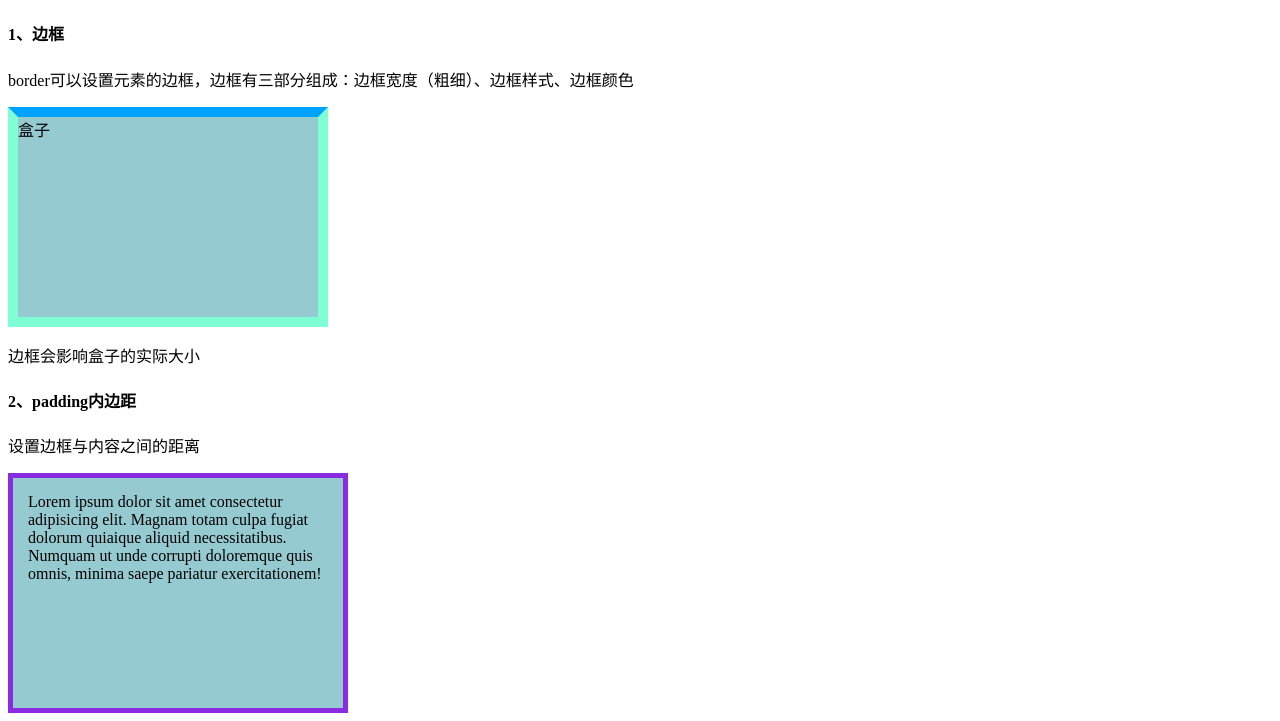
Repository: zhengdeya/web-based
Page: 27-盒子模型.html
An editor plug-in stored every save of this project. The page is shown before and after the next save, followed by the edit.
The browser window is 1280 px wide. The pictures show the whole page.

Above is the page before, as saved 2021-04-09 16:16:45.

### 27-盒子模型.html
<!DOCTYPE html>
<html lang="en">

<head>
    <meta charset="UTF-8">
    <meta http-equiv="X-UA-Compatible" content="IE=edge">
    <meta name="viewport" content="width=device-width, initial-scale=1.0">
    <title>盒子模型</title>
    <style>
        .box {
            width: 300px;
            height: 200px;
            background-color: rgb(150, 202, 209);
        }

        .border1 {
            /* 边框粗细 一般用 px 做单位*/
            border-width: 10px;

            /* 实线边框 dashed 为虚线 */
            border-style: solid;
            /* border-style: dashed; */

            /* 边框颜色 */
            border-color: aquamarine;

            /* 复合写法，没有顺序 */
            /* border: 1px solid red; */

            /* 单独制定某条边框 */
            border-top-color: rgb(0, 162, 255);
        }

        .border2 {
            border: 5px solid blueviolet;
        }

        .padding1 {
            padding-left: 15px;
            padding-right: 15px;
            padding-top: 15px;
            padding-bottom: 15px;
        }
    </style>
</head>

<body>
    <h4>1、边框</h4>
    <p>border可以设置元素的边框，边框有三部分组成：边框宽度（粗细）、边框样式、边框颜色</p>
    <div class="box border1">盒子</div>
    <p>边框会影响盒子的实际大小</p>

    <h4>2、padding内边距</h4>
    <p>设置边框与内容之间的距离</p>
    <div class="box border2 padding1">Lorem ipsum dolor sit amet consectetur adipisicing elit. Magnam totam culpa fugiat
        dolorum
        quiaique aliquid
        necessitatibus. Numquam ut
        unde corrupti doloremque quis omnis, minima saepe pariatur exercitationem!</div>
</body>

</html>

After the next save:
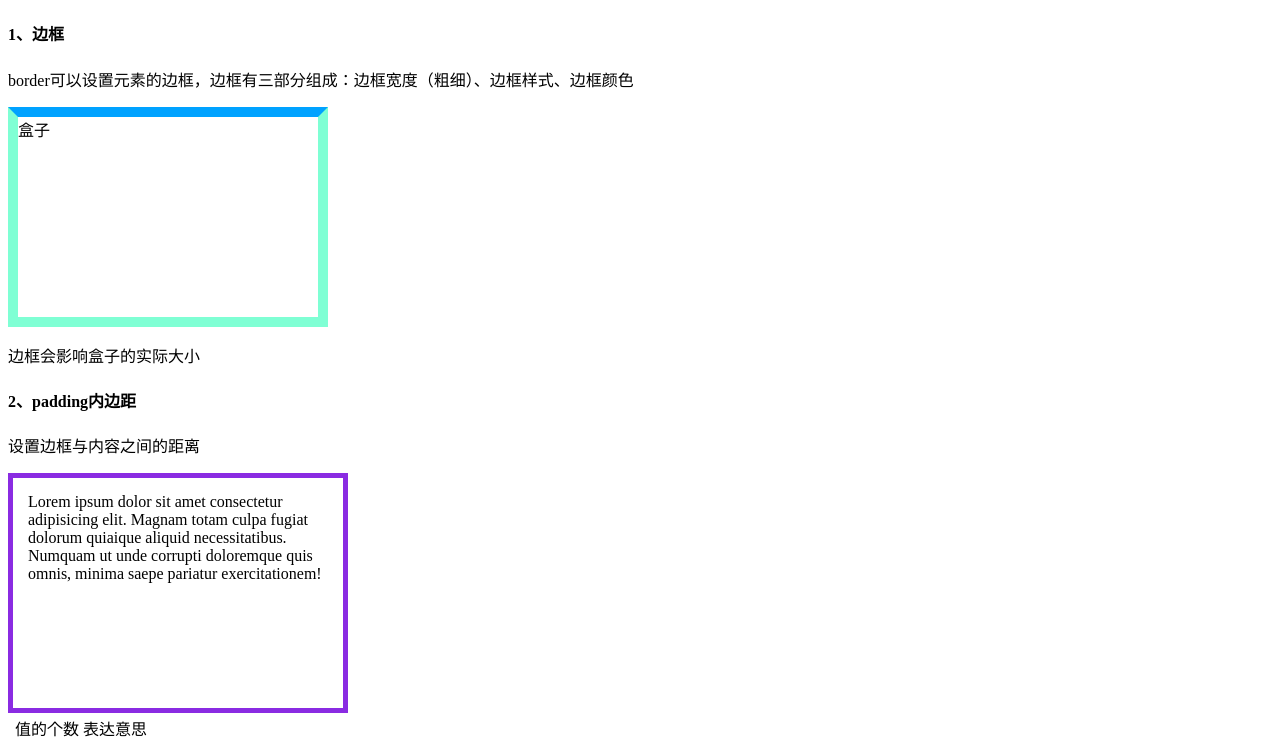
Saved 2 min 2 s later.
--- a/27-盒子模型.html
+++ b/27-盒子模型.html
@@ -10,7 +10,7 @@
         .box {
             width: 300px;
             height: 200px;
-            background-color: rgb(150, 202, 209);
+
         }
 
         .border1 {
@@ -57,6 +57,14 @@
         quiaique aliquid
         necessitatibus. Numquam ut
         unde corrupti doloremque quis omnis, minima saepe pariatur exercitationem!</div>
+    <table>
+        <thead>
+            <th>
+            <td>值的个数</td>
+            <td>表达意思</td>
+            </th>
+        </thead>
+    </table>
 </body>
 
 </html>
